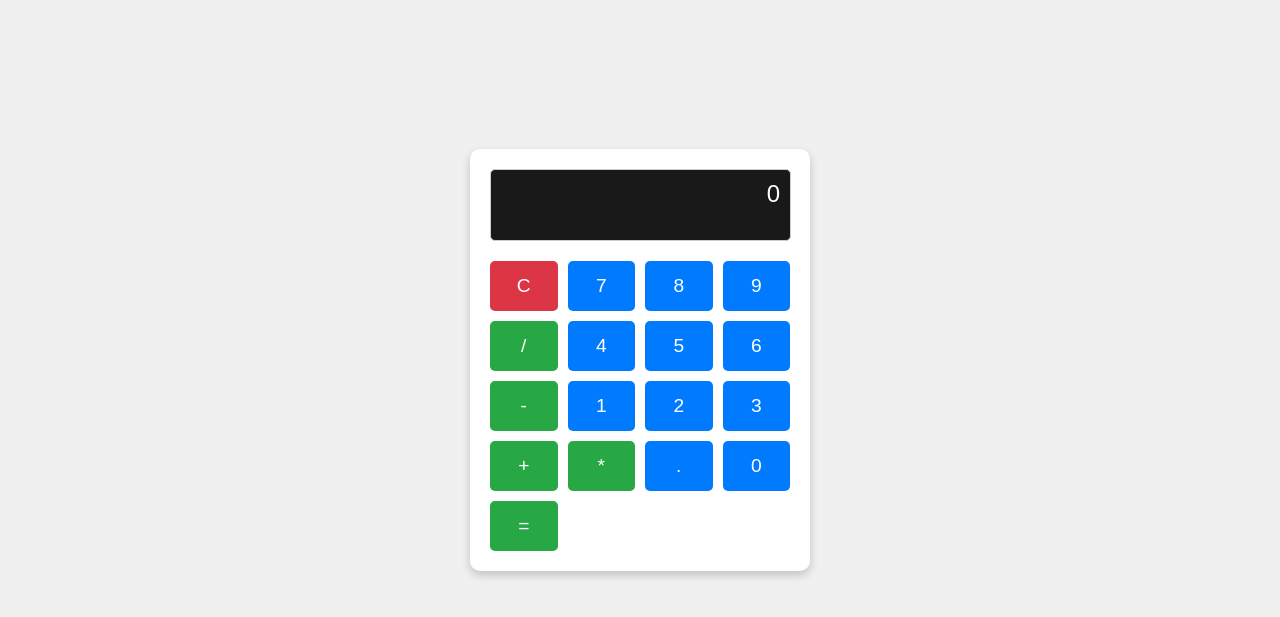
Repository: alizey12/calculator
Page: index.html
These files come from the project's save history. The page is drawn as it stood at one moment and after the next save; the edit follows.
The browser window is 1280 px wide. The pictures show the whole page.

Above is the page before, as saved 2024-11-23 20:34:33.

### index.html
<!DOCTYPE html>
<html lang="en">
<head>
    <meta charset="UTF-8">
    <meta name="viewport" content="width=device-width, initial-scale=1.0">
    <title>Simple Calculator</title>
    <link rel="stylesheet" href="styles.css">
    <body>


</head>
<body>
    <div class="calculator">
        <div class="display" id="display">0</div>
        <div class="buttons">
            <button onclick="clearDisplay()" class="btn" id="clear">C</button>
            <button onclick="appendValue('7')" class="btn">7</button>
            <button onclick="appendValue('8')" class="btn">8</button>
            <button onclick="appendValue('9')" class="btn">9</button>
            <button onclick="operate('/')" class="btn operator">/</button>
            <button onclick="appendValue('4')" class="btn">4</button>
            <button onclick="appendValue('5')" class="btn">5</button>
            <button onclick="appendValue('6')" class="btn">6</button>
            <button onclick="operate('-')" class="btn operator">-</button>
            <button onclick="appendValue('1')" class="btn">1</button>
            <button onclick="appendValue('2')" class="btn">2</button>
            <button onclick="appendValue('3')" class="btn">3</button>
            <button onclick="operate('+')" class="btn operator">+</button>
            <button onclick="operate('*')" class="btn operator">*</button>
            <button onclick="appendValue('.')" class="btn">.</button>
            <button onclick="appendValue('0')" class="btn">0</button>
            <button onclick="calculate()" class="btn operator" id="equals">=</button>
        </div>
    </div>

    <script src="script.js">

    </script>
</body>
</html>

### styles.css
body{
    font-family: Arial, sans-serif;
    display: flex;
    justify-content: center;
    align-items: center;
    height: 100vh;
    background-color: #f0f0f0;
    margin: 0;
}

.calculator {
    background: #fff;
    border-radius: 10px;
    padding: 20px;
    box-shadow: 0 4px 10px rgba(0, 0, 0, 0.2);
    width: 300px;
}

.display {
    width: 93%;
    height: 50px;
    margin-bottom: 20px;
    font-size: 1.5rem;
    text-align: right;
    border: 1px solid #ccc;
    border-radius: 5px;
    background: #1a1919;
    padding: 10px;
    overflow-x: auto;
    color: #fff;
}

.buttons {
    display: grid;
    grid-template-columns: repeat(4, 1fr);
    gap: 10px;
}

.btn {
    height: 50px;
    font-size: 1.2rem;
    border: none;
    border-radius: 5px;
    background: #007bff;
    color: white;
    cursor: pointer;
    transition: background 0.2s;
}

.btn:hover {
    background: #0056b3;
}

.btn.operator {
    background: #28a745;
}

.btn.operator:hover {
    background: #1e7e34;
}

.btn#clear {
    background: #dc3545;
}

.btn#clear:hover {
    background: #a71d2a;
}

### script.js
let displayValue = '';

function appendValue(value) {
    if (displayValue === '0' || displayValue === 'Error') {
        displayValue = value;
    } else {
        displayValue += value;
    }
    updateDisplay();
}

function operate(operator) {
    if (displayValue === 'Error') return;

    displayValue += ` ${operator} `;
    updateDisplay();
}

function clearDisplay() {
    displayValue = '0';
    updateDisplay();
}

function calculate() {
    try {
        // Evaluate the expression
        displayValue = eval(displayValue).toString();
    } catch {
        displayValue = 'Error';
    }
    updateDisplay();
}

function updateDisplay() {
    document.getElementById('display').textContent = displayValue;
}

After the next save:
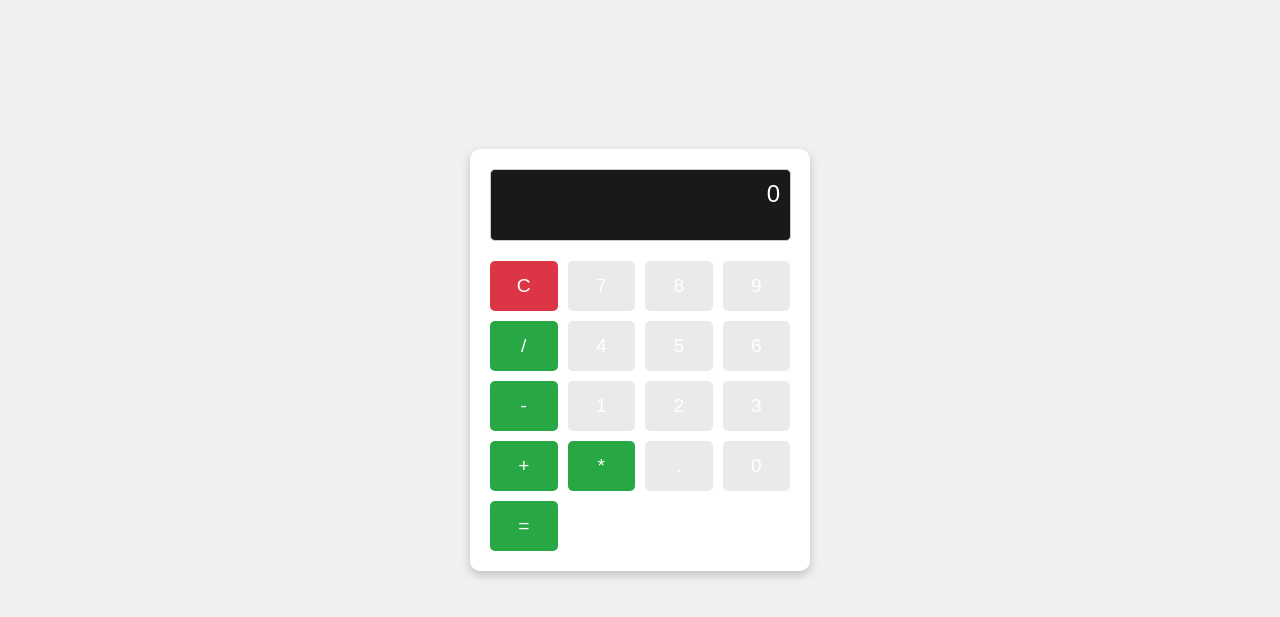
Saved 10 s later.
--- a/styles.css
+++ b/styles.css
@@ -41,7 +41,7 @@ body{
     font-size: 1.2rem;
     border: none;
     border-radius: 5px;
-    background: #007bff;
+    background: #e9eaeb;
     color: white;
     cursor: pointer;
     transition: background 0.2s;
